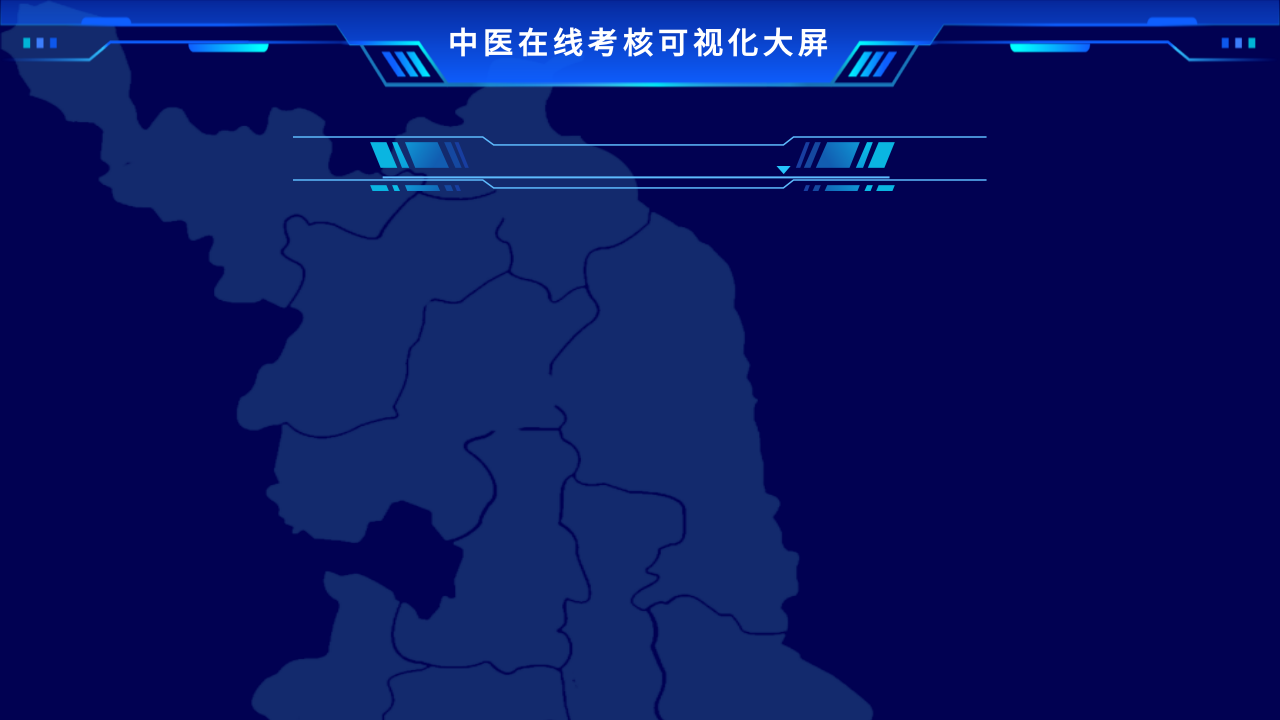
Repository: krislorem/medicine-online-datascreen-vue
Page: /
The author's editor kept a copy of each file at every save. The page is drawn from the files as they stood at one save, then again after the next save.
The browser window is 1280 px wide. The pictures show the whole page.
The project was rebuilt for these pictures with package versions that can differ from the ones it lists, and the page was loaded fresh each time. Also part of the build but not shown: vite.config.ts.

Above is the page before, as saved 2024-12-04 11:42:08.
Console error (its wording comes from the project's code and is left out).

After the next save:
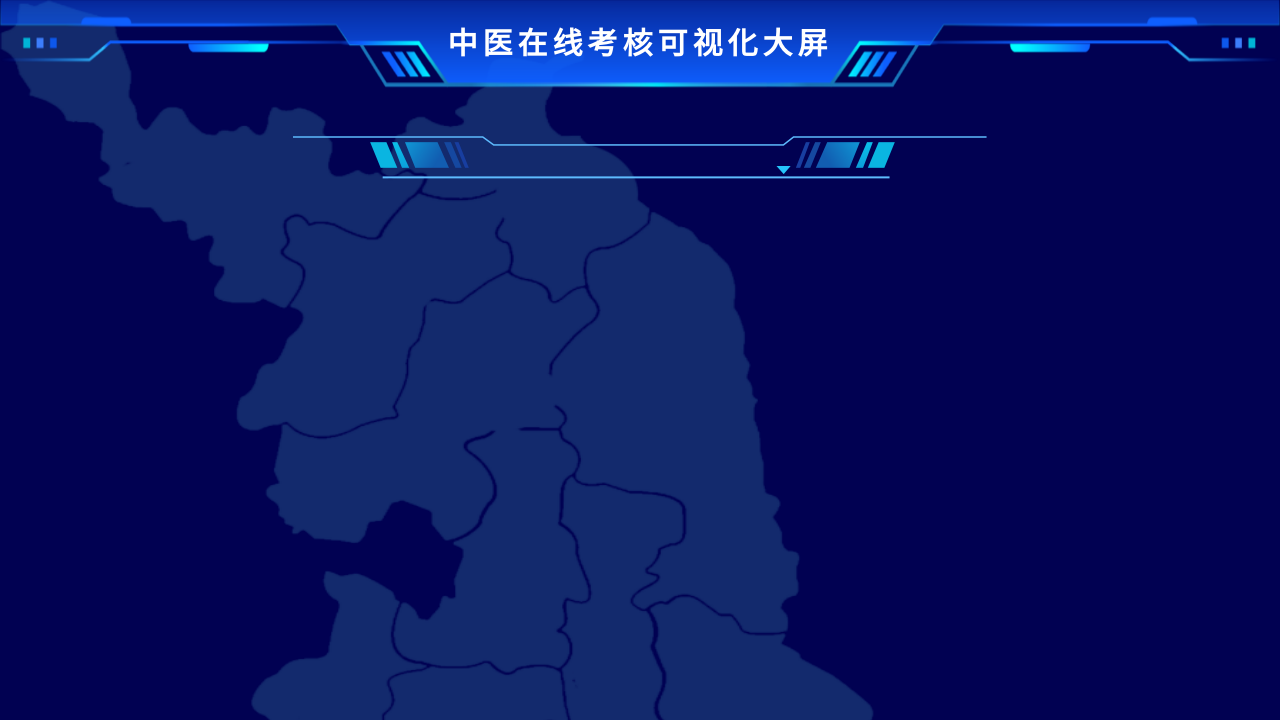
Saved 51 s later.
--- a/src/views/HomeView.vue
+++ b/src/views/HomeView.vue
@@ -52,7 +52,7 @@ body {
 .home #mid-bar {
   width: 694px;
   height: 43px;
-  background-image: url(/nav.png);
+  background: url(/nav.png) no-repeat;
   margin: 48px auto 36px;
   padding-top: 12px;
   display: -webkit-box;
